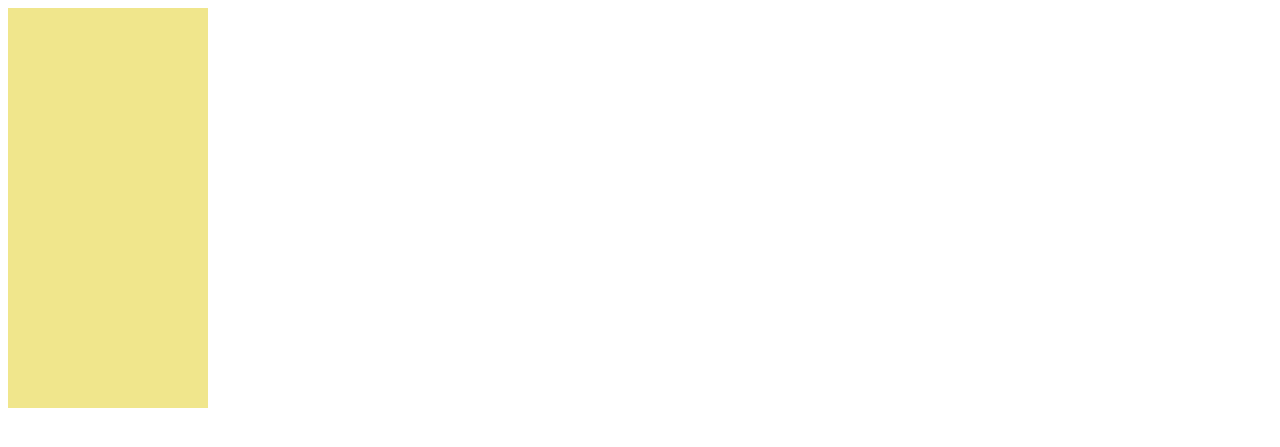
Repository: xzm1997/huntjob
Page: 面试/常见问题/practice/practice_2.html
The author's editor kept a copy of each file at every save. The page is drawn from the files as they stood at one save, then again after the next save.
The browser window is 1280 px wide. The pictures show the whole page.

Above is the page before, as saved 2022-06-14 08:56:42.

After the next save:
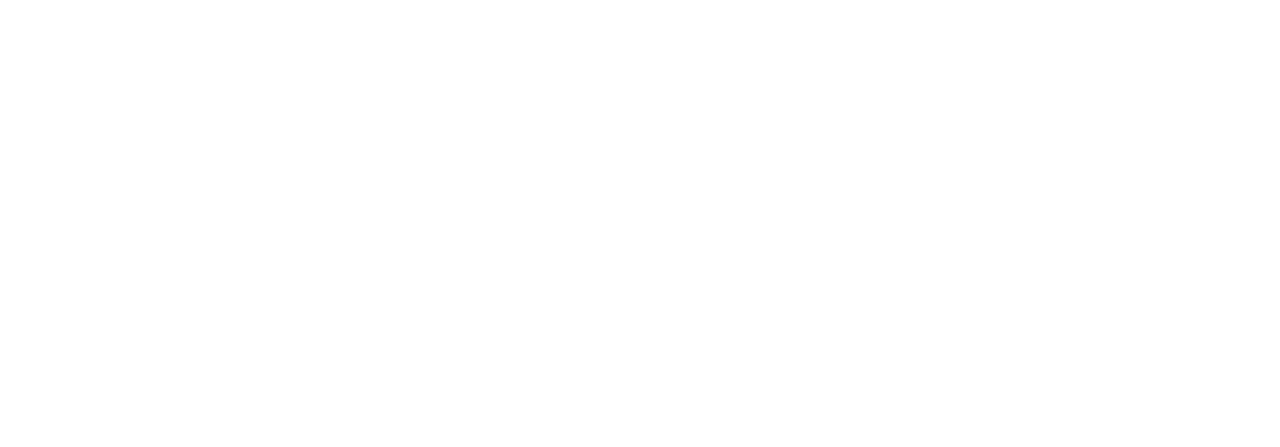
Saved 22 s later.
--- a/面试/常见问题/practice/practice_2.html
+++ b/面试/常见问题/practice/practice_2.html
@@ -17,6 +17,8 @@
             height:400px;
             width: 200px;
             background: khaki;
+            float: left;
+            margin-left:-100%;
         }
         .right {
 

After the save that followed:
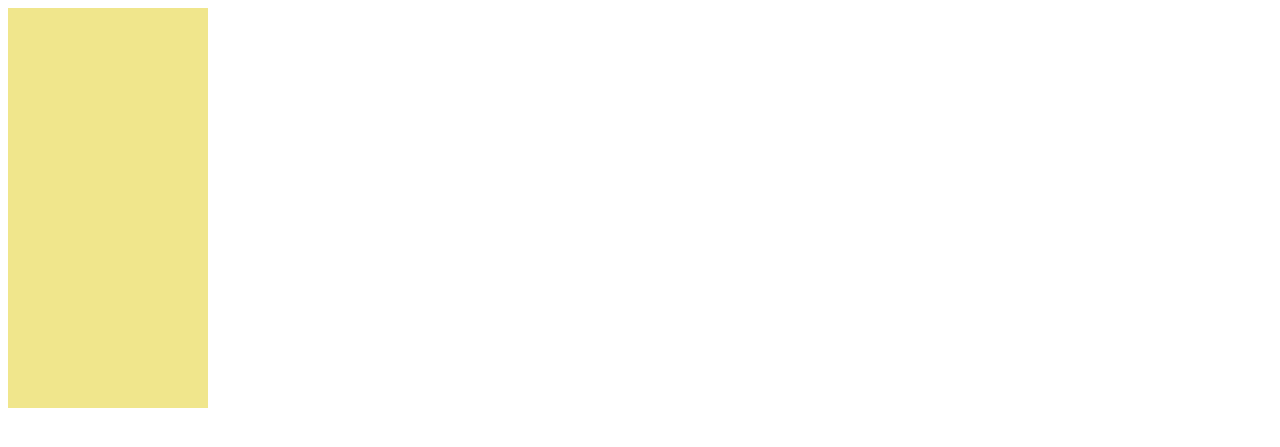
Saved 28 s later.
--- a/面试/常见问题/practice/practice_2.html
+++ b/面试/常见问题/practice/practice_2.html
@@ -11,7 +11,8 @@
             float:left;
         }
         .middle {
-
+            height:400px;
+            margin-left: 210px;
         }
         .left {
             height:400px;
